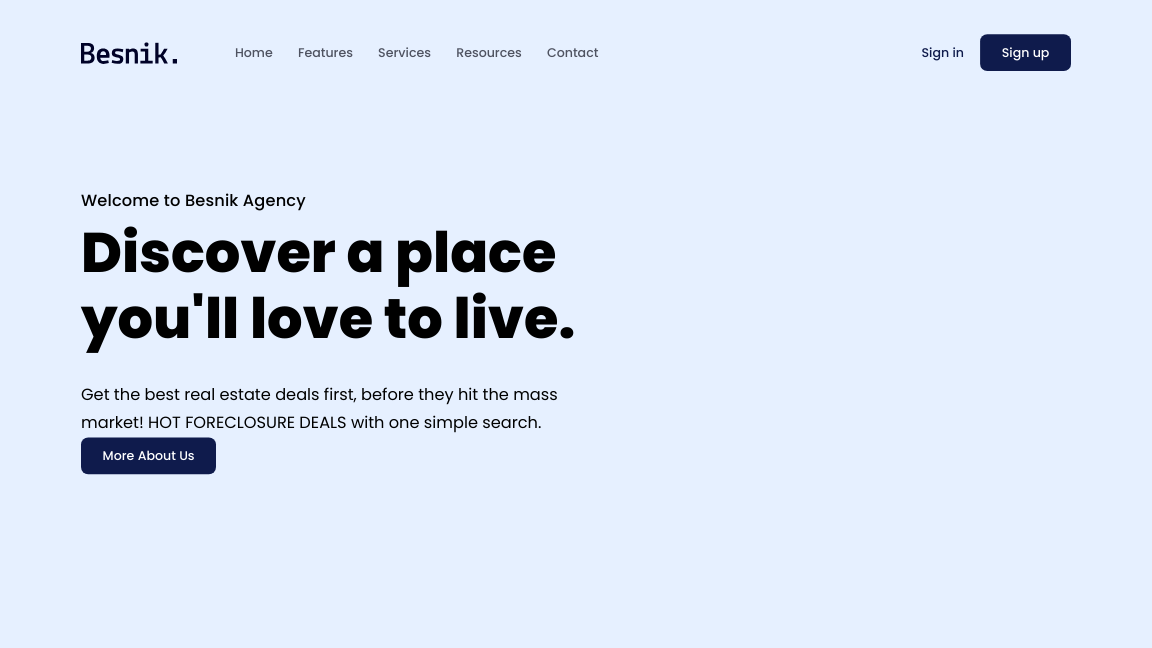
Repository: ducvui2003/f8-project-01
Page: index.html
An editor plug-in stored every save of this project. The page is shown before and after the next save, followed by the edit.
The browser window is 1280 px wide. The pictures show the whole page, at 90% of full size.

Above is the page before, as saved 2023-06-16 19:49:40.

After the next save:
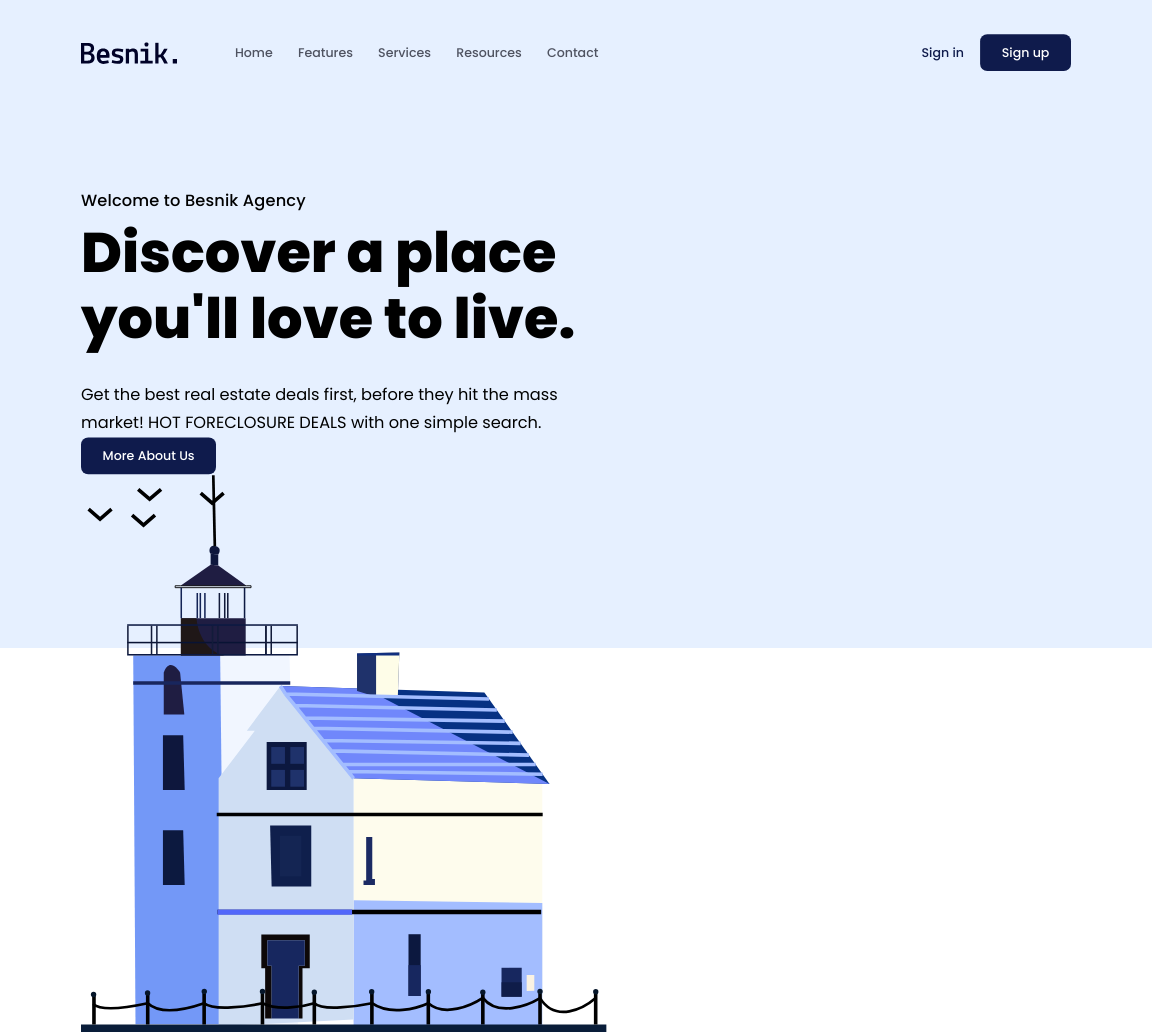
Saved 78 s later.
--- a/index.html
+++ b/index.html
@@ -47,6 +47,7 @@
                         <!-- cta = call to action -->
                         <a href="#!" class="btn hero-cta">More About Us</a>
                     </div>
+                    <img src="./asset/img/hero-img.svg" alt="" class="hero-img">
                 </div>
             </div>
         </header>
